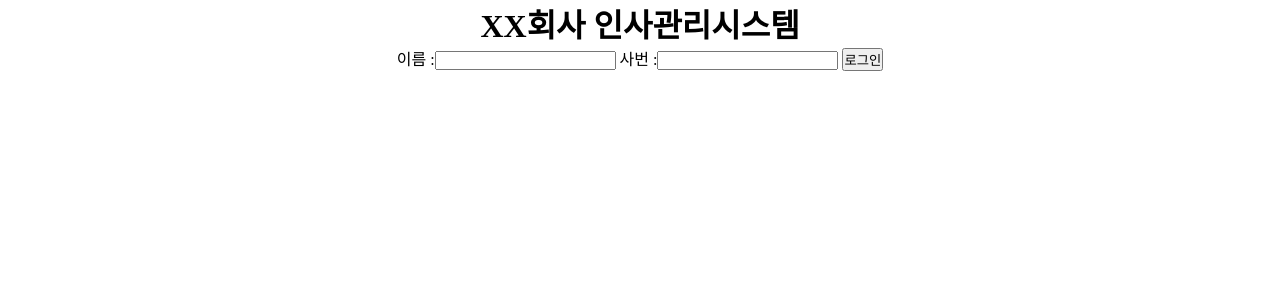
Repository: BangHoJung/jsp2
Page: http://localhost/EmployeeProject/login.jsp
These files come from the project's save history. The page is drawn as it stood at one moment and after a run of saves; the edit follows.
The browser window is 1280 px wide. The pictures show the whole page.
The page is served by Tomcat 9. Other server files are loaded and not shown.

Above is the page before, as saved 2021-01-15 06:26:05.

### EmployeeProject/WebContent/login.jsp
<%@ page language="java" contentType="text/html; charset=UTF-8"
    pageEncoding="UTF-8"%>
<!DOCTYPE html>
<html>
<head>
<meta charset="UTF-8">
<title>Insert title here</title>
<style type="text/css">
	* {
		margin:0;
		padding:0;
	}

	#container {
		width:500px;
		margin:0 auto;
		text-align: center;
	}

</style>
</head>
<body>
	<div id="container">
		<h1>XX회사 인사관리시스템</h1>
		<form action="">
			이름 :<input type="text" name="name">
			사번 :<input type="text" name="eno">
			<button>로그인</button>
		</form>
	</div>
</body>
</html>

After the next 2 saves:
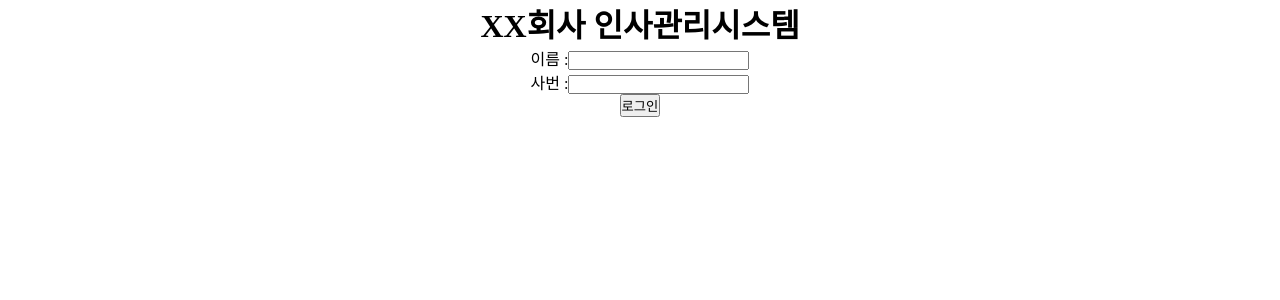
The 2 saves are shown as one change because they came seconds apart.
The last was saved 10 s later.
--- a/EmployeeProject/WebContent/login.jsp
+++ b/EmployeeProject/WebContent/login.jsp
@@ -23,8 +23,8 @@
 	<div id="container">
 		<h1>XX회사 인사관리시스템</h1>
 		<form action="">
-			이름 :<input type="text" name="name">
-			사번 :<input type="text" name="eno">
+			이름 :<input type="text" name="name"> <br>
+			사번 :<input type="text" name="eno"> <br>
 			<button>로그인</button>
 		</form>
 	</div>
